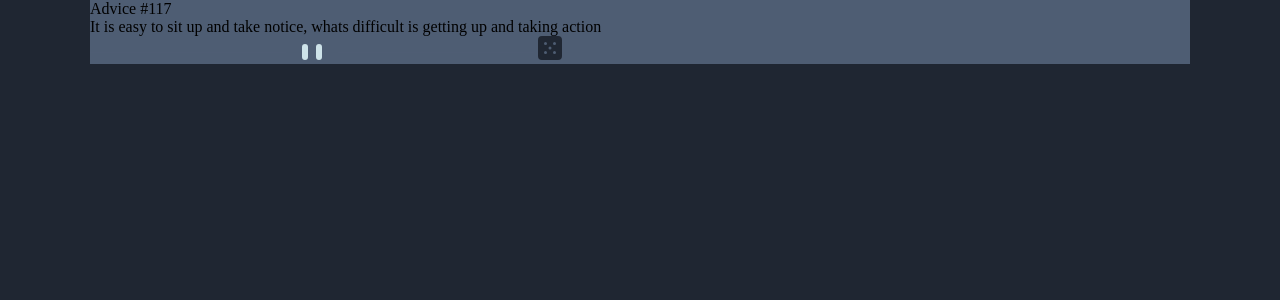
Repository: Arkitecth/advice-generator
Page: index.html
An editor plug-in stored every save of this project. The page is shown before and after the next save, followed by the edit.
The browser window is 1280 px wide. The pictures show the whole page.

Above is the page before, as saved 2023-07-12 17:19:13.

### index.html
<!DOCTYPE html>
<html lang="en">
<head>
  <meta charset="UTF-8">
  <meta name="viewport" content="width=device-width, initial-scale=1.0"> <!-- displays site properly based on user's device -->

  <link rel="icon" type="image/png" sizes="32x32" href="./images/favicon-32x32.png">
  <link rel="stylesheet" href="style.css">
  <title>Advice generator app</title>

</head>
<body>
  <div class="container">
    <p>Advice <span class="advice-num">#117</span></p>
    <p>It is easy to sit up and take notice, whats difficult is getting up and taking action</p>
    <img src="images/pattern-divider-desktop.svg" alt="pattern-divider-desktop">
    <img src="images/icon-dice.svg" alt="dice-icon">
  </div>
</body>
</html>

### style.css
:root {
    --dark-blue: hsl(218, 23%, 16%);
    --dark-grayish-blue:hsl(217, 19%, 24%);
    --light-cyan:  hsl(193, 38%, 86%);
    --neon-green:hsl(150, 100%, 66%);
    --grayish-blue:hsl(217, 19%, 38%);
}
* {
    margin: 0;
    padding:0;
    box-sizing: border-box;
}
@import url('https://fonts.googleapis.com/css2?family=Manrope:wght@800&display=swap');


body {
    background-color: var(--dark-blue);
}

.container {
    margin: 0 auto;
    background-color: var(--grayish-blue);
    width: 1100px;
}

After the next save:
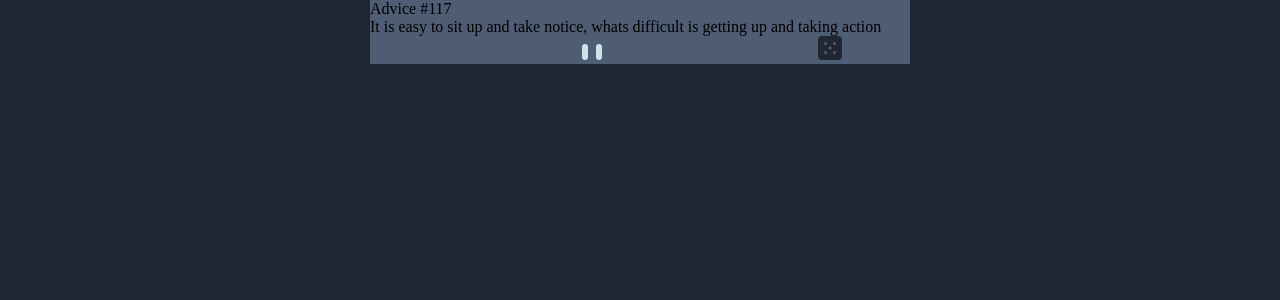
Saved 14 s later.
--- a/style.css
+++ b/style.css
@@ -20,5 +20,5 @@
 .container {
     margin: 0 auto;
     background-color: var(--grayish-blue);
-    width: 1100px;
+    max-width: 540px;
 }
